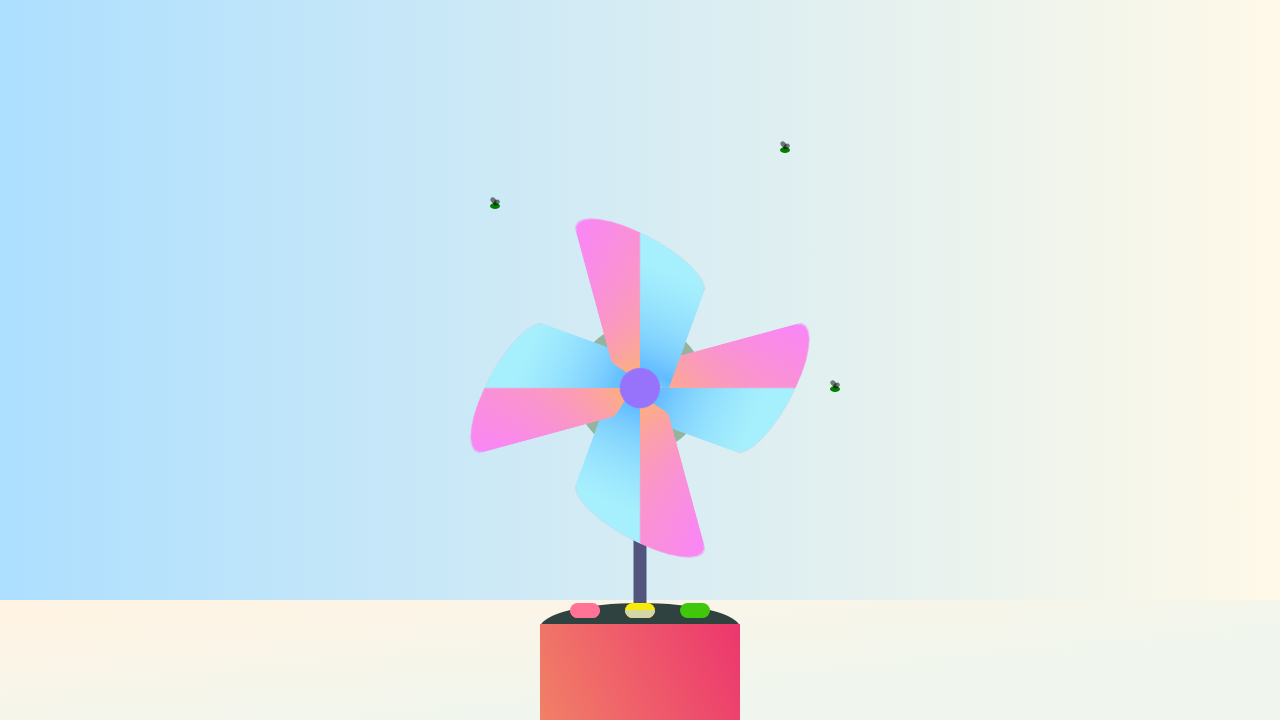
Repository: VuTuanAnh0949/CodeFan
Page: index.html
The author's editor kept a copy of each file at every save. The page is drawn from the files as they stood at one save, then again after the next save.
The browser window is 1280 px wide. The pictures show the whole page.

Above is the page before, as saved 2022-06-22 12:05:52.

### index.html
<!DOCTYPE html>
<html lang="en">
<head>
    <meta charset="UTF-8">
    <meta http-equiv="X-UA-Compatible" content="IE=edge">
    <meta name="viewport" content="width=device-width, initial-scale=1.0">
    <title>Document</title>
    <link rel="stylesheet" href="style.css">
</head>
<body>
    <div class="windows">
        <div class="window"></div>

    </div>
    <div class="fan">
        <div class="fan__root"> <span class="top"> <label class="green" for="engine"></label> <label class="yellow"
                    for="engine2"></label> <label class="pink" for="jack"></label> </span> <span class="bottom"></span>
        </div>
        <div class="fan__staddle"></div> <input type="checkbox" id="jack" hidden />
        <div class="head">
            <div class="fan__engine"> <span class="center"></span> </div> <input type="checkbox" id="engine" hidden
                checked />
            <div> <span class="fly"></span> <span class="fly"></span> <span class="fly"></span>
                <div class="fan__blades"> <input type="checkbox" id="engine2" hidden checked />
                    <div class="fan__blades">
                        <div class="center"></div>
                        <div class="blade"><span></span></div>
                        <div class="blade"><span></span></div>
                        <div class="blade"><span></span></div>
                        <div class="blade"><span></span></div>
                    </div>
                </div>
            </div>
        </div>
    </div>

</body>
</html>

### style.css
html {
    overflow: hidden;
}

body {
    overflow: hidden;
    margin: 0;
    padding: 0;
    background: linear-gradient(90deg, #addfff, #fff9e8);
    display: flex;
    justify-content: center;
    align-items: center;
    width: 100vw;
    height: 100vh;
    position: relative;
}

body::after {
    position: absolute;
    width: 100%;
    content: "";
    height: calc(100% - 600px);
    z-index: 0;
    background-image: linear-gradient( 174.2deg,  rgba(255,244,228,1) 7.1%, rgba(240,246,238,1) 67.4% );
    bottom: 0;
}

@keyframes spin {
    from {
        transform: rotate(0deg);
    }

    to {
        transform: rotate(360deg);
    }
}

@keyframes off {
    to {
        transform: rotate(380deg);
    }
}

@keyframes off2 {
    to {
        transform: rotate(880deg);
    }
}

@keyframes fly {
    to {
        margin-top: 50px;
    }
}

span {
    display: block;
}

.windows {
    width: 100vw;
    height: 100vh;
    position: absolute;
    z-index: 0;
    top: 0;
    left: 0;
    display: flex;
    align-content: flex-start;
}


.fly {
    transition: 0.5s all cubic-bezier(0.04, 0.06, 0, 1.18), 1s transform;
    width: 10px;
    height: 6px;
    background: green;
    border-radius: 50%;
    position: absolute;
    animation: fly 5s alternate infinite ease-in-out;
}

.fly:nth-of-type(1) {
    top: -78px;
    left: -200px;
}

.fly:nth-of-type(2) {
    transform: translateY(-10px);
    animation-delay: 4s;
    top: 5px;
    right: -250px;
}

.fly:nth-of-type(3) {
    transform: translateY(0px);
    top: 400px;
    animation-delay: 2s;
    right: -400px;
}

.fly::after,
.fly::before {
    content: "";
    position: absolute;
    width: 7px;
    height: 5px;
    background-color: rgba(0, 0, 0, 0.5);
    display: block;
    border-radius: 50%;
}

.fly::before {
    bottom: 4px;
    transform: rotate(325deg);
    left: 3px;
}

.fly::after {
    transform: rotate(45deg);
    bottom: 6px;
}

.fan {
    width: 500px;
    height: 500px;
    position: relative;
    z-index: 1;
    margin-top: 75px;
    perspective: 500px;
}

.fan::after {
    content: "";
    display: block;
    position: absolute;
    height: 500px;
    width: 200px;
    background-image: linear-gradient( 68.3deg,  rgba(245,177,97,1) 0.4%, rgba(236,54,110,1) 100.2% );
    top: calc(100% - 24px);
    left: calc(50% - 100px);

}

.fan__root {
    width: 200px;
    position: absolute;
    bottom: 0;
    left: 50%;
    transform: translateX(-50%);
}

.fan__root .top {
    overflow: hidden;
    width: 200px;
    height: 25px;
    position: relative;
}

.fan__root .top::after {
    content: "";
    display: block;
    width: 200px;
    height: 50px;
    background: #2f423f;
    border-radius: 50%;
}

.fan__root .top .green {
    position: absolute;
    width: 30px;
    height: 15px;
    border-radius: 15px;
    display: block;
    right: 30px;
    background: #3EC70B;
    cursor: pointer;
    overflow: hidden;
}

.fan__root .top .yellow {
    position: absolute;
    width: 30px;
    height: 15px;
    border-radius: 15px;
    display: block;
    right: 85px;
    background: #F7EC09;
    cursor: pointer;
    overflow: hidden;
}

.fan__root .top .yellow::after {
    content: "";
    display: block;
    width: 100%;
    height: 50%;
    position: absolute;
    bottom: 0;
    background: #F7EC09;
}

.fan__root .top .yellow::after {
    content: "";
    display: block;
    width: 100%;
    height: 50%;
    position: #F7EC09;
    bottom: 0;
    background: #D6D5A8;
}

.fan__root .top .pink {
    position: absolute;
    cursor: pointer;
    width: 30px;
    height: 15px;
    border-radius: 15px;
    display: block;
    left: 30px;
    background: #FF7396;
    overflow: hidden;
}

.fan__root .top .pink::after {
    content: "";
    display: block;
    width: 100%;
    height: 50%;
    position: absolute;
    bottom: 0;
    background: #FF7396;
}

.fan__root .bottom {
    overflow: hidden;
    width: 500px;
    height: 20px;
}

.fan__root .bottom::after {
    content: "";
    display: block;
    width: 200px;
    height: 40px;
    background: #2f423f;
    border-radius: 18%;
    transform: translateY(-30px);
}

.fan__staddle {
    position: absolute;
    bottom: 45px;
    background: #51557E;
    height: 270px;
    width: 13px;
    left: 50%;
    transform: translateX(-50%);
}

.fan__engine {
    position: absolute;
    bottom: 0px;
    width: 130px;
    height: 130px;
    background: #94B49F;
    border-radius: 50%;
    left: 50%;
    transform: translateX(-50%);
}

.fan__engine::after {
    content: "";
    background: red;
    display: block;
    width: 25px;
    height: 50px;
    position: absolute;
    top: 105px;
    left: 50%;
    transform: translateX(-50%);
    border-radius: 0 0 5px 5px;
}

.fan__blades {
    width: 230px;
    height: 230px;
    position: absolute;
    bottom: -50px;
    transition: 2s;
    transform-origin: center center;
    left: calc(50% - 115px);
    z-index: 1;
    animation: spin infinite 0.38s linear forwards;
}

.fan__blades .fan__blades {
    bottom: 0;
    animation: spin infinite 0.5s linear forwards;
}

.fan__blades .blade {
    position: absolute;
    width: 80px;
    height: 100%;
    left: 50%;
    transform: translateX(-50%) skewY(25deg);
    perspective: 500px;
    transform-style: preserve-3d;
}

.fan__blades .blade:nth-child(2) {
    transform: translateX(-50%) rotate(90deg) skewY(25deg);
}

.fan__blades .blade:nth-child(3) {
    transform: translateX(-50%) rotate(180deg) skewY(25deg);
}

.fan__blades .blade:nth-child(4) {
    transform: translateX(-50%) rotate(270deg) skewY(25deg);
}

.fan__blades .blade span {
    width: 100%;
    height: 200%;
    border-radius: 44px;
    background-image: linear-gradient( 102.4deg,  rgba(253,189,85,1) 7.8%, rgba(249,131,255,1) 100.3% );;
    position: absolute;
    top: -66px;
    display: block;
    transform-style: preserve-3d;
    transform: rotateX(81deg);
    overflow: hidden;
}

.fan__blades .blade span::after {
    width: 50%;
    height: 100%;
    content: "";
    display: block;
    background-image: radial-gradient( circle farthest-corner at 10% 20%,  rgba(97,186,255,1) 0%, rgba(166,239,253,1) 90.1% );
    transform: rotate(0deg);
}

.fan__blades .center {
    position: absolute;
    overflow: hidden;
    width: 40px;
    height: 40px;
    border-radius: 50%;
    left: 50%;
    top: 50%;
    transform: translate(-50%, -50%) rotate(45deg);
    background: #9772FB;
    z-index: 2;
}

.fan__blades .center::after {
    display: block;
    content: "";
    width: 40px;
    height: 20px;
    background: #9772FB;
}

.head {
    transition: 1s transform;
    height: auto;
    width: auto;
    position: absolute;
    width: 300px;
    height: 300px;
    bottom: 195px;
    left: calc(50% - 150px);
    /* transform: translateX(-50%); */
}

#engine:checked+div>div {
    animation: off2 1s ease-out forwards;
}

#engine:checked+div>span:nth-child(1) {
    transition: 5s all ease-in-out, 1s transform;
    left: 0px;
    top: 0px;
}

#engine:checked+div>span:nth-child(2) {
    transition: 5s all ease-in-out, 1s transform;
    right: 0px;
    top: 0px;
}

#engine:checked+div>span:nth-child(3) {
    transition: 7s all ease-in-out, 1s transform;
    right: -50px;
    top: 200px;
}

#engine2:checked+div {
    animation: off 1s ease-out forwards;
}

#jack:checked+div {
    transform: translateY(-115px);
}

#jack:checked+div>div:nth-child(3)>span {
    transform: translateY(115px);
}

After the next save:
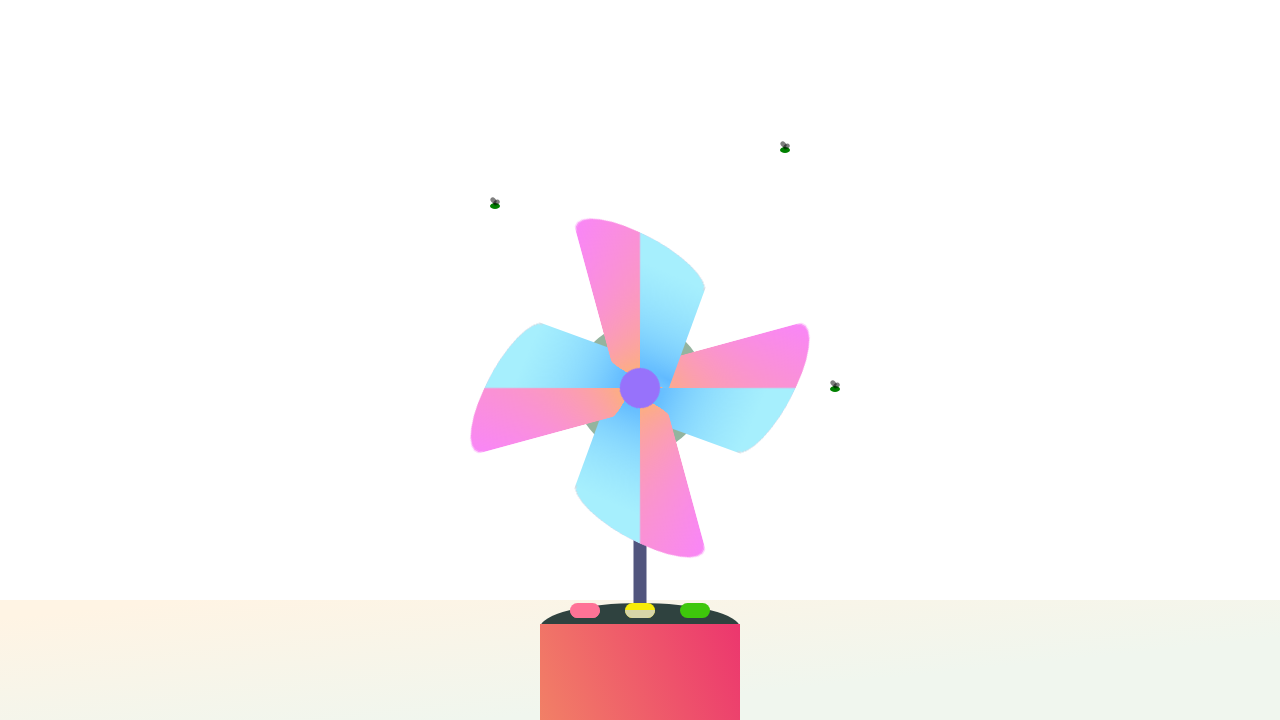
Not found: background.jpg
Saved 6 min 49 s later.
--- a/style.css
+++ b/style.css
@@ -6,7 +6,7 @@
     overflow: hidden;
     margin: 0;
     padding: 0;
-    background: linear-gradient(90deg, #addfff, #fff9e8);
+    background-image: url(background.jpg);
     display: flex;
     justify-content: center;
     align-items: center;

After the save that followed:
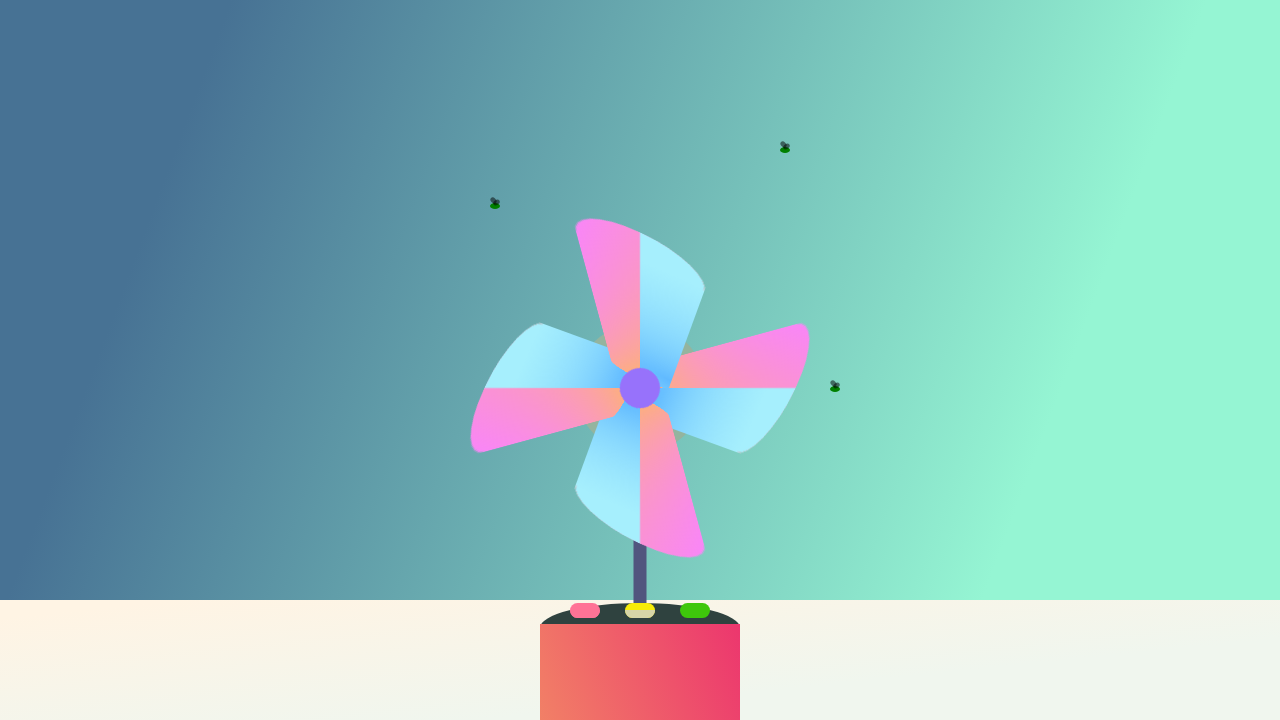
Saved 2 min 24 s later.
--- a/style.css
+++ b/style.css
@@ -6,7 +6,7 @@
     overflow: hidden;
     margin: 0;
     padding: 0;
-    background-image: url(background.jpg);
+    background-image: linear-gradient( 110.5deg,  rgba(71,114,148,1) 14.9%, rgba(149,245,211,1) 77.9% );
     display: flex;
     justify-content: center;
     align-items: center;
